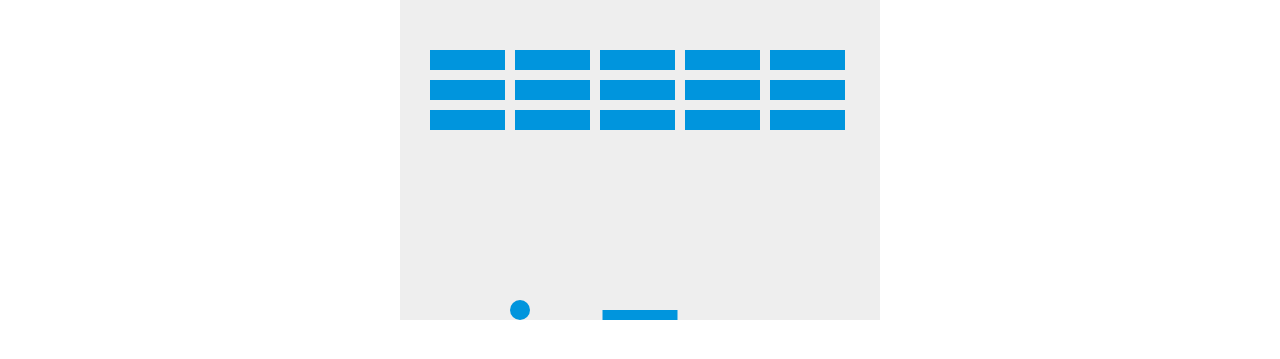
Repository: hara-PG/javascript_operation
Page: block_game/index.html
An editor plug-in stored every save of this project. The page is shown before and after the next save, followed by the edit.
The browser window is 1280 px wide. The pictures show the whole page.

Above is the page before, as saved 2022-06-27 21:22:07.

### block_game/index.html
<!DOCTYPE html>
<html lang="ja">
  <head>
    <meta charset="UTF-8" />
    <meta http-equiv="X-UA-Compatible" content="IE=edge" />
    <meta name="viewport" content="width=device-width, initial-scale=1.0" />
    <title>Game Canvas Workshop</title>
    <link rel="stylesheet" href="style.css" />
  </head>
  <body>
    <canvas id="myCanvas" width="480" height="320"></canvas>

    <script type="text/javascript" src="game.js"></script>
  </body>
</html>

### block_game/style.css
* {
  padding: 0;
  margin: 0;
}
canvas {
  background: #eee;
  display: block;
  margin: auto;
}

### block_game/game.js
const canvas = document.getElementById("myCanvas"); // DOMでidの要素を変数canvasに代入
const ctx = canvas.getContext("2d"); // canvasを2D化

let paddleHeight = 10; // パドルの高さ
let paddleWidth = 75; // パドルの長さ
let paddleX = (canvas.width - paddleWidth) / 2; // パドルの初期位置
let x = canvas.width / 2; // ボールの初期位置(横位置)　canvas.widthは480px / 2
let y = canvas.height - 30; // ボールの初期位置(高さ位置) canvas.height320px - 30
let dx = 2; // ボールの角度(X軸) +の場合はcanvas.width　/　2より右に射出、-の場合はcanvas.width / 2より左に射出.
let dy = -2; // ボールの角度(Y軸) +の場合はcanvas.height / 2より下に射出、 -の場合はcanvas.height / 2より上に射出。
let ballRadius = 10; // ボールの大きさ
let color = "#0095DD"; // ボールとパドルの色
let rightPressed = false; // 押されているボタンをブーリアン値として定義、初期化しています。
let leftPressed = false; // 押されているボタンをブーリアン値として定義、初期化しています。

// ブロック変数
let brickRowCount = 3; // プロックの横列
let brickColumnCount = 5; // ブロックの縦列
let brickWidth = 75; // ブロックの横幅
let brickHeight = 20; // ブロックの縦幅
let brickPadding = 10; // ブロックの四方の余白
let brickOffsetTop = 50; //
let brickOffsetLeft = 30;

document.addEventListener("keydown", keyDownHandler, false); // keydownイベントが発火したとき (どれかが押されたとき) 、keyDownHandler()関数が実行
document.addEventListener("keyup", keyUpHandler, false); // keyupイベントが発火した時　(そのキーが押されなくなったき) 、keyUpHandler()関数が実行

function keyDownHandler(e) {
  if (e.key == "Right" || e.key == "ArrowRight") {
    rightPressed = true; // キーが押された時trueへ
  } else if (e.key == "Left" || e.key == "ArrowLeft") {
    leftPressed = true; // // キーが押された時trueへ
  }
}

function keyUpHandler(e) {
  if (e.key == "Right" || e.key == "ArrowRight") {
    rightPressed = false; // キーが押された時falseへ
  } else if (e.key == "Left" || e.key == "ArrowLeft") {
    leftPressed = false; // キーが押された時falseへ
  }
}

function collisionDetection() {
  for (var c = 0; c < brickColumnCount; c++) {
    for (var r = 0; r < brickRowCount; r++) {
      var b = bricks[c][r];
      if (x > b.x && x < b.x + brickWidth && y > b.y && y < b.y + brickHeight) {
        dy = -dy;
      }
    }
  }
}

function drawBall() {
  // drawBall => ボールを描く
  ctx.beginPath(); // キャンバス 2D API のメソッドで、サブパスのリストを空にすることにより新しいパスを開始します。新しいパスを作成したい場合は、このメソッドを呼び出してください。
  ctx.arc(x, y, ballRadius, 0, Math.PI * 2); // サブパスに円弧を加えます。.arc(x, y, radius, startAngle, endAngle [, counterclockwise]);
  ctx.fillStyle = color;
  ctx.fill(); // .fill()は現在のパスまたは指定されたパスを現在のパスで埋めます。メソッドを使用して長方形を塗りつぶしfill()ます。
  ctx.closePath(); // 図形の最初と最後の点を自動的に接続する closePath() メソッドで、底辺を作成します。
}

function drawPaddle() {
  // drawPaddle => パドルを描く
  ctx.beginPath(); //　キャンバス 2D API のメソッドで、サブパスのリストを空にすることにより新しいパスを開始します。新しいパスを作成したい場合は、このメソッドを呼び出してください。
  ctx.rect(paddleX, canvas.height - paddleHeight, paddleWidth, paddleHeight);
  ctx.fillStyle = color; // .fillStyleは図形の内側を塗りつぶすために使用する色、グラデーション、またはパターンを指定します。
  ctx.fill(); // .fill()は現在のパスまたは指定されたパスを現在のパスで埋めます。メソッドを使用して長方形を塗りつぶしfill()ます。
  ctx.closePath(); // 図形の最初と最後の点を自動的に接続する closePath() メソッドで、底辺を作成します。
}

let bricks = [];
for (let c = 0; c < brickColumnCount; c++) {
  bricks[c] = [];
  for (let r = 0; r < brickRowCount; r++) {
    bricks[c][r] = { x: 0, y: 0 };
  }
}

function drawBricks() {
  for (let c = 0; c < brickColumnCount; c++) {
    for (let r = 0; r < brickRowCount; r++) {
      let brickX = c * (brickWidth + brickPadding) + brickOffsetLeft;
      let brickY = r * (brickHeight + brickPadding) + brickOffsetTop;
      bricks[c][r].x = brickX;
      bricks[c][r].y = brickY;
      ctx.beginPath();
      ctx.rect(brickX, brickY, brickWidth, brickHeight);
      ctx.fillStyle = color;
      ctx.fill();
      ctx.closePath();
    }
  }
}

function draw() {
  // draw => 描く
  ctx.clearRect(0, 0, canvas.width, canvas.height); /* clearRect() メソッドは、矩形領域のピクセルを透明な黒 (rgba(0,0,0,0)) に設定します。
  clearRect(x, y, width, height); */
  drawBall(); // drawBall関数を出力
  drawPaddle(); // drawPaddle関数を出力
  drawBricks();

  if (x + dx > canvas.width - ballRadius || x + dx < ballRadius) {
    dx = -dx; // ボールが壁に当たると(X軸)反転させるため！ X軸を＋値・ー値に反転させている
  }
  if (y + dy < ballRadius) {
    dy = -dy; // ボールが壁に当たると(Y軸)反転させるため！ Y軸を＋値・ー値に反転させている
  } else if (y + dy > canvas.height - ballRadius) {
    if (x > paddleX && x < paddleX + paddleWidth) {
      // ボールがパドルに当たると反転する。
      dy = -dy;
    } else {
      alert("Game Over!");
      location.reload(); // 再読み込みボタンのように現在の URL を再読み込み
      clearInterval(interval); // clearInterval(intervalID) タイマーの繰り返し動作を取り消す
    }
  }

  if (rightPressed && paddleX < canvas.width - paddleWidth) {
    paddleX += 7;
  } else if (leftPressed && paddleX > 0) {
    paddleX -= 7;
  }

  x += dx; // ボールが壁に当たるとX軸動作させるため！
  y += dy; // ボールが壁に当たるとY軸動作させるため！
}

let interval = setInterval(draw, 10); // setInterval(function, delay) functionは関数名(関数を出力)、delayは1000ms

// ctx.beginPath();
// ctx.rect(20, 40, 50, 50);
// ctx.fillStyle = "#FF0000";
// ctx.fill();
// ctx.closePath();

// ctx.beginPath();
// ctx.arc(240, 160, 20, 0, Math.PI * 2, false);
// ctx.fillStyle = "green";
// ctx.fill();
// ctx.closePath();

// ctx.beginPath();
// ctx.rect(160, 10, 100, 40);
// ctx.fillStyle = "rgba(0,0,255,0.5)";
// ctx.fill();
// ctx.closePath();

After the next save:
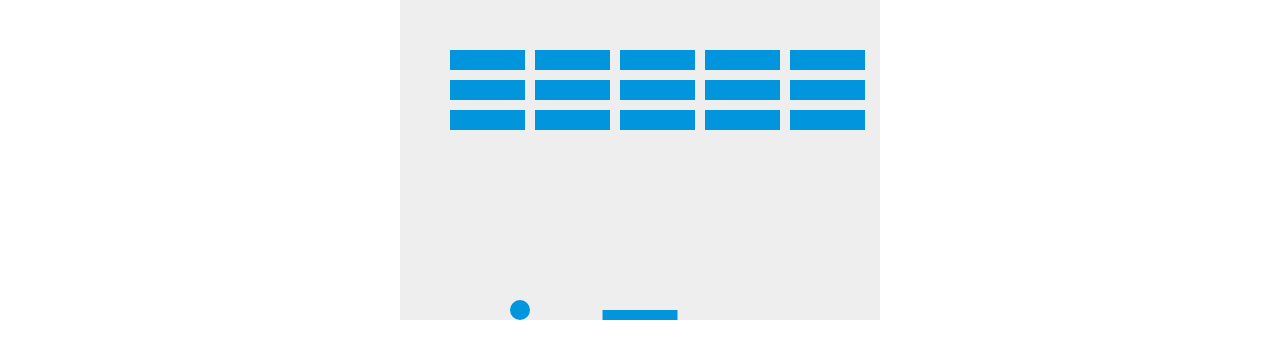
Saved 9 s later.
--- a/block_game/game.js
+++ b/block_game/game.js
@@ -20,7 +20,7 @@ let brickWidth = 75; // ブロックの横幅
 let brickHeight = 20; // ブロックの縦幅
 let brickPadding = 10; // ブロックの四方の余白
 let brickOffsetTop = 50; //
-let brickOffsetLeft = 30;
+let brickOffsetLeft = 50;
 
 document.addEventListener("keydown", keyDownHandler, false); // keydownイベントが発火したとき (どれかが押されたとき) 、keyDownHandler()関数が実行
 document.addEventListener("keyup", keyUpHandler, false); // keyupイベントが発火した時　(そのキーが押されなくなったき) 、keyUpHandler()関数が実行
